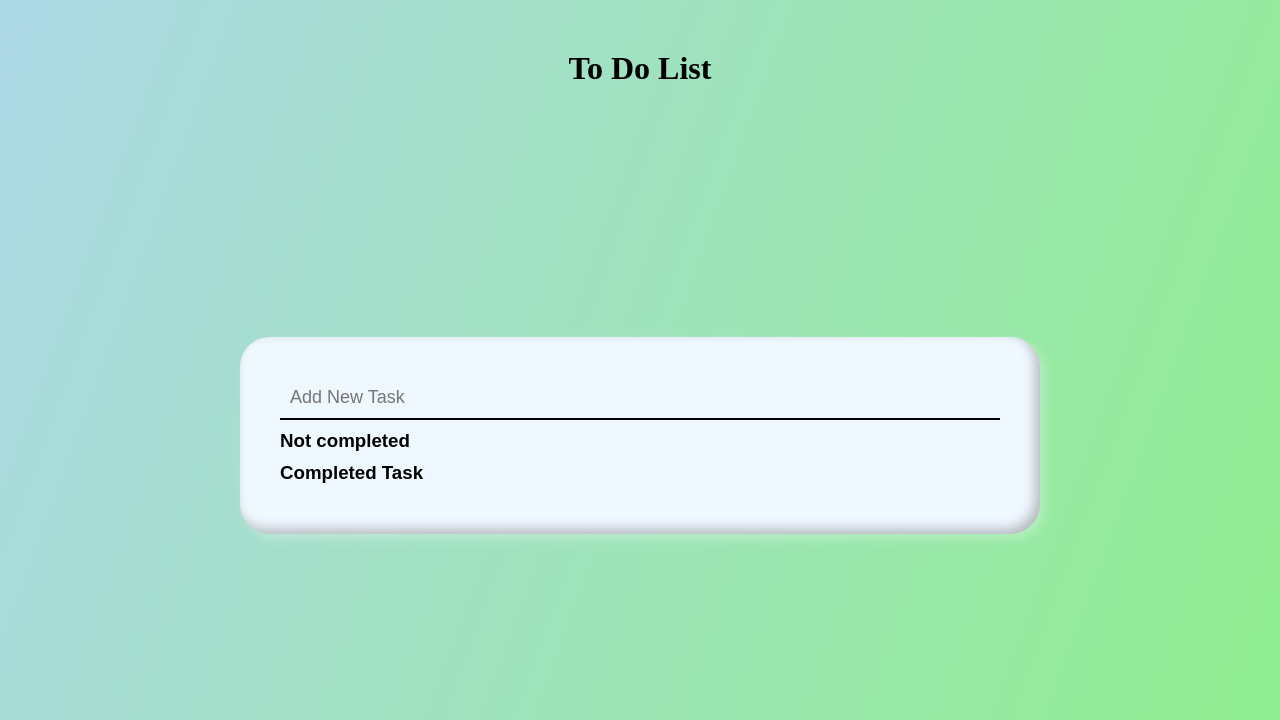
Repository: Mayur2905/OIBSIP
Page: Task-6/index.html
An editor plug-in stored every save of this project. The page is shown before and after the next save, followed by the edit.
The browser window is 1280 px wide. The pictures show the whole page.

Above is the page before, as saved 2022-02-05 21:52:49.

After the next save:
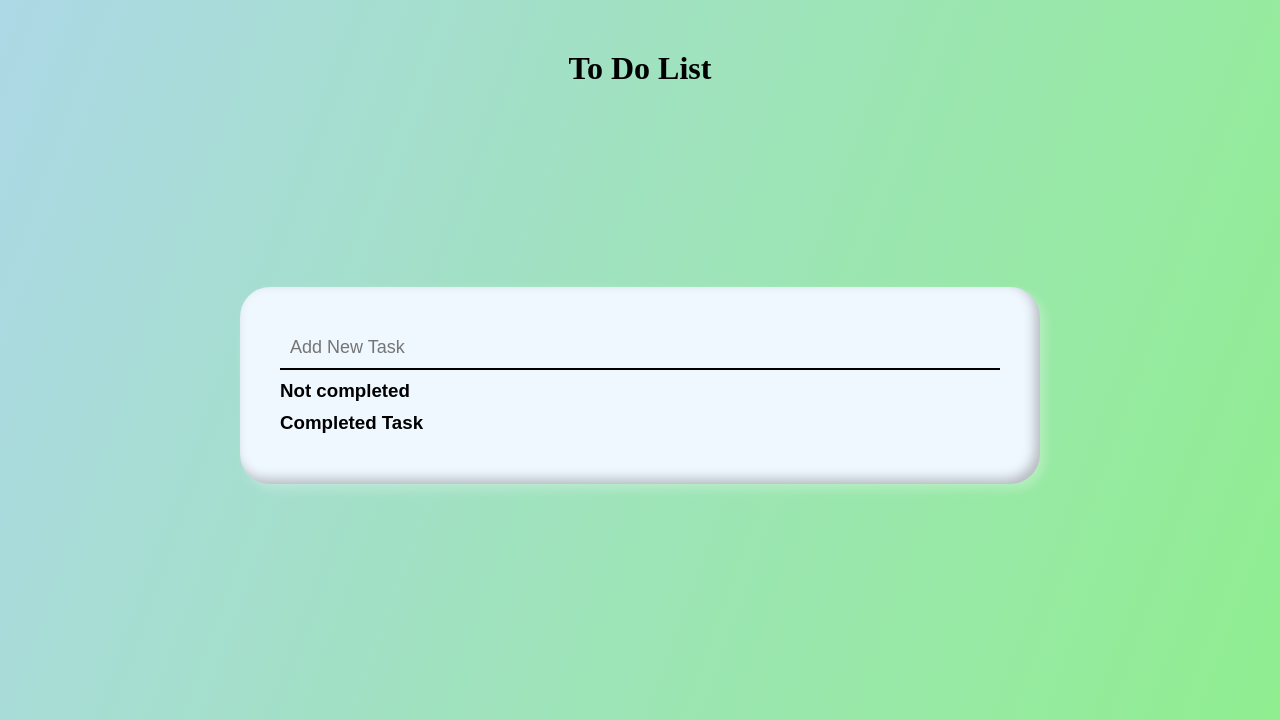
Saved 14 s later.
--- a/Task-6/style.css
+++ b/Task-6/style.css
@@ -10,7 +10,7 @@ body {
 }
 
 h1 {
-  padding: 50px;
+  padding-top: 50px;
   text-align: center;
   font-family: "Times New Roman", Times, serif;
 }
